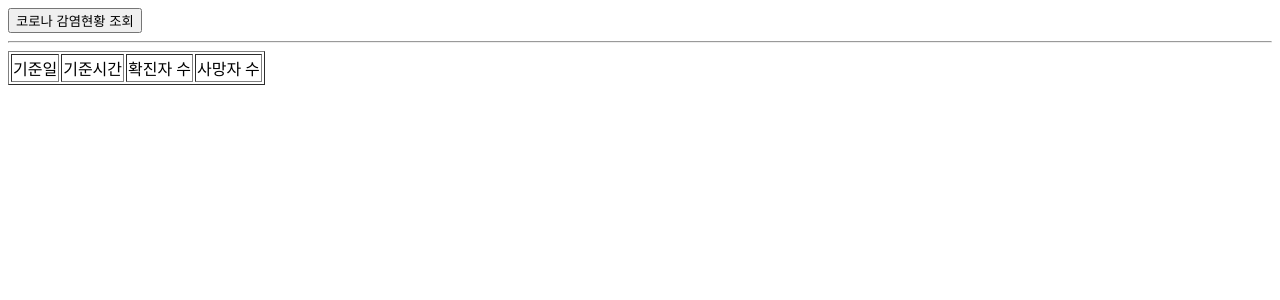
Repository: jeehui/JSPStudy
Page: http://localhost/OPENAPI_PRAC/covid/covid.jsp
An editor plug-in stored every save of this project. The page is shown before and after the next save, followed by the edit.
The browser window is 1280 px wide. The pictures show the whole page.
The page is served by Tomcat 9.

Above is the page before, as saved 2022-05-04 04:27:04.

After the next save:
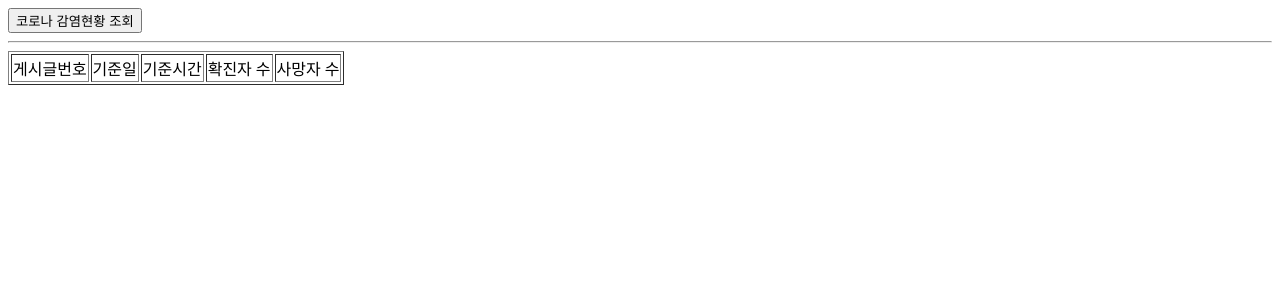
Saved 2 min 25 s later.
--- a/OPENAPI_PRAC/src/main/webapp/covid/covid.jsp
+++ b/OPENAPI_PRAC/src/main/webapp/covid/covid.jsp
@@ -22,6 +22,10 @@
 				dataType: 'xml',
 				success: function(responseText){
 					$('#covidInfo').empty();
+					$.each($(responseText).find('item'), function(i, item){
+						var tr = '<tr>';
+						tr += '<td>' + $(item).find()
+					})
 				}
 			})
 		})
@@ -36,6 +40,7 @@
 	<table border="1">
 		<thead>
 			<tr>
+				<td>게시글번호</td>
 				<td>기준일</td>
 				<td>기준시간</td>
 				<td>확진자 수</td>
